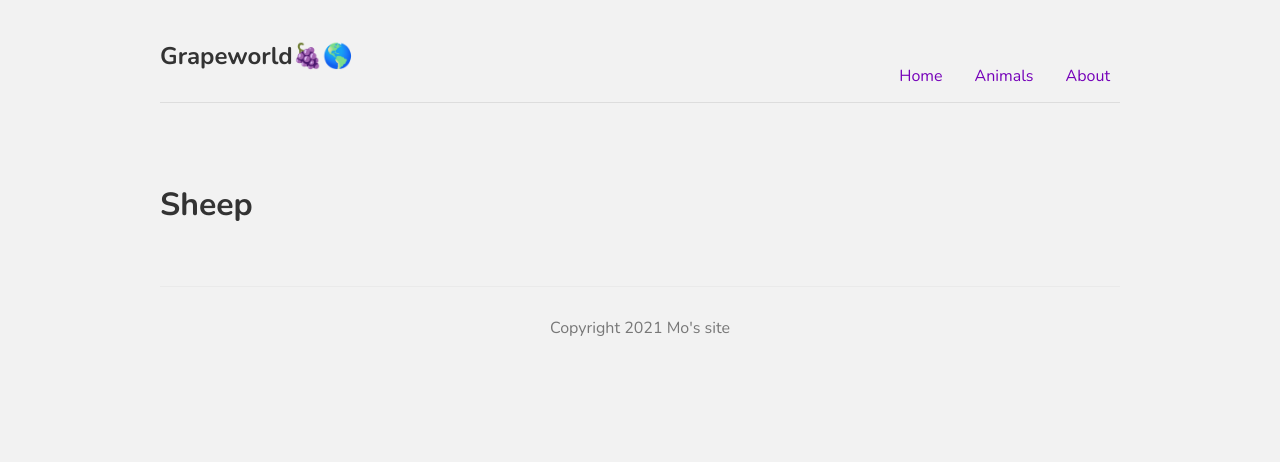
Repository: technogize/next-test-site
Page: /animals/sheep
These files come from the project's save history. The page is drawn as it stood at one moment and after the next save; the edit follows.
The browser window is 1280 px wide. The pictures show the whole page.
The project was rebuilt for these pictures with package versions that can differ from the ones it lists, and the page was loaded fresh each time. The framework's server and built-in components were replaced by stand-ins that run in the browser.

Above is the page before, as saved 2021-10-02 20:48:02.

After the next save:
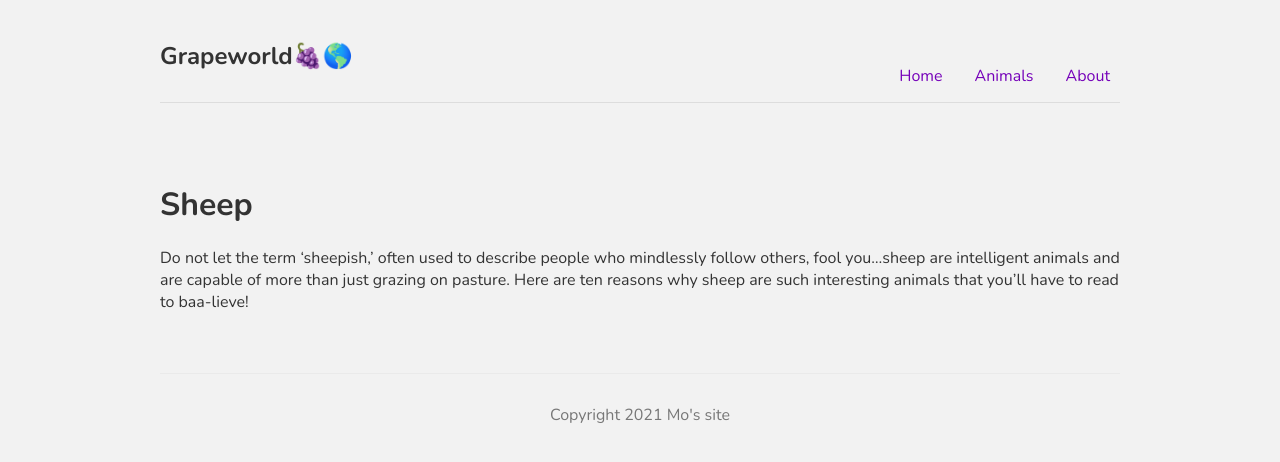
Saved 82 s later.
--- a/pages/animals/sheep.js
+++ b/pages/animals/sheep.js
@@ -4,7 +4,7 @@ const Sheep = () => {
     return (
         <div>
             <h1>Sheep</h1>
-            <p></p>
+            <p>Do not let the term ‘sheepish,’ often used to describe people who mindlessly follow others, fool you…sheep are intelligent animals and are capable of more than just grazing on pasture. Here are ten reasons why sheep are such interesting animals that you’ll have to read to baa-lieve!</p>
         </div>
     )
 }
